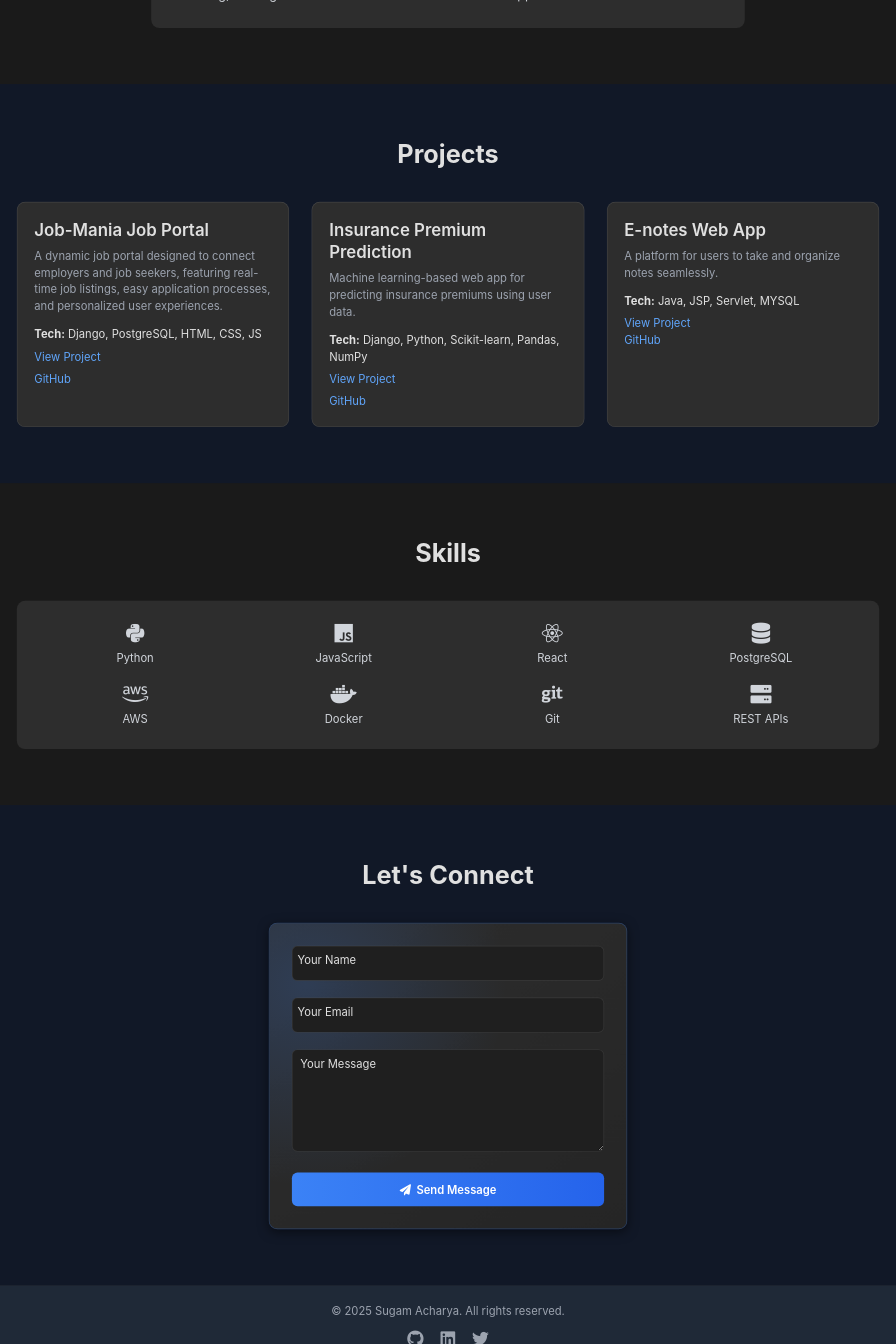
Repository: Sugaam0/Portfolio
Page: portfolio/home/templates/home/index.html
The author's editor kept a copy of each file at every save. The page is drawn from the files as they stood at one save, then again after the next save.
The browser window is 1280 px wide. The pictures show the part of the page from y = 963 to 2883 px (the page is 2914 px tall), at 70% of full size.
The template is drawn by Django 5.2. The application's start-up code is not run. Other server files are loaded and not shown. The template is opened directly, without the code that normally fills it, so the values that code supplies are empty.

Above is the page before, as saved 2025-05-08 17:50:40.

### portfolio/home/templates/home/index.html
{% load static %}
<!DOCTYPE html>
<html lang="en">
<head>
  <meta charset="UTF-8" />
  <meta name="viewport" content="width=device-width, initial-scale=1.0"/>
  <title>| Sugam Acharya |</title>
  <link href="https://cdn.jsdelivr.net/npm/tailwindcss@2.2.19/dist/tailwind.min.css" rel="stylesheet"/>
  <link rel="stylesheet" href="https://cdnjs.cloudflare.com/ajax/libs/font-awesome/6.0.0-beta3/css/all.min.css"/>
  <link rel="stylesheet" href="{% static 'css/style.css' %}">
</head>
<body class="antialiased scroll-smooth">

{% include 	"home/navbar.html" %}
<!-- Hero Section -->
<section id="home" class="min-h-screen flex items-center justify-center pt-20">
  <div class="container mx-auto px-6 text-center">
    <h1 class="text-5xl font-bold mb-4">Aspiring Full-Stack Developer</h1>
    <p class="text-lg text-accent mb-4">
      <span id="typed-text" class="font-semibold">Building the web one line at a time.</span>
    </p>
    <p class="text-xl text-secondary mb-6">
      Eager to build innovative digital experiences and grow through hands-on projects and collaboration.
    </p>
    <p class="text-md text-secondary mb-8">
      Recently completed training in modern web technologies including Python, JavaScript, and Java.
    </p>
    <a href="#projects" class="btn-accent px-6 py-3 rounded-lg font-semibold">Explore My Work</a>
  </div>
</section>

<!-- About Section -->
<section id="about" class="py-20">
  <div class="container mx-auto px-6 max-w-4xl">
    <h2 class="text-4xl font-bold text-center mb-10">About Me</h2>
    <div class="section-bg p-8">
      <p class="text-lg leading-relaxed text-gray-300">
        Passionate coder focused on building efficient web solutions. Skilled in Python and Machine Learning, I'm eager to turn creative ideas into functional applications.
      </p>
    </div>
  </div>
</section>

<!-- Projects -->
<section id="projects" class="py-20 bg-gray-900">
    <div class="container mx-auto px-6">
      <h2 class="text-4xl font-bold text-center mb-12">Projects</h2>
      <div class="grid grid-cols-1 sm:grid-cols-2 lg:grid-cols-3 gap-8">
        <!-- Project Cards -->
        <div class="project-card section-bg p-6">
          <h3 class="text-2xl font-semibold mb-2">Job-Mania Job Portal</h3>
          <p class="text-gray-400 mb-4">A dynamic job portal designed to connect employers and job seekers, featuring real-time job listings, easy application processes, and personalized user experiences.</p>
          <p><strong>Tech:</strong> Django, PostgreSQL, HTML, CSS, JS</p>
          <a href="#" class="text-blue-400 hover:underline mt-2 inline-block">View Project</a><br>
          <a href="https://github.com/Sugaam0/JobMania-JobPortal" class="text-blue-400 hover:underline mt-2 inline-block" target="_blank">GitHub</a>
        </div>
        <div class="project-card section-bg p-6">
          <h3 class="text-2xl font-semibold mb-2">Insurance Premium Prediction</h3>
          <p class="text-gray-400 mb-4">Machine learning-based web app for predicting insurance premiums using user data.</p>
          <p><strong>Tech:</strong> Django, Python, Scikit-learn, Pandas, NumPy</p>
          <a href="#" class="text-blue-400 hover:underline mt-2 inline-block">View Project</a><br>
          <a href="https://github.com/Sugaam0/insurance-Premium-Prediction" class="text-blue-400 hover:underline mt-2 inline-block" target="_blank">GitHub</a>

        </div>
        <div class="project-card section-bg p-6">
            <h3 class="text-2xl font-semibold mb-2">E-notes Web App</h3>
            <p class="text-gray-400 mb-4">A platform for users to take and organize notes seamlessly.</p>
            <p><strong>Tech:</strong> Java, JSP, Servlet, MYSQL</p>
            <div class="mt-2">
                <a href="#" class="text-blue-400 hover:underline inline-block mr-4">View Project</a><br>
                <a href="https://github.com/Sugaam0/ProjectFinal-Online-Notepad" class="text-blue-400 hover:underline inline-block" target="_blank">GitHub</a>
            </div>
        </div>
      </div>
    </div>
  </section>


<!-- Skills -->
<section id="skills" class="py-20">
  <div class="container mx-auto px-6">
    <h2 class="text-4xl font-bold text-center mb-12">Skills</h2>
    <div class="section-bg p-8 grid grid-cols-2 md:grid-cols-4 gap-6 text-center text-gray-300">
      <div><i class="fab fa-python text-3xl mb-2 icon-hover"></i><p>Python</p></div>
      <div><i class="fab fa-js text-3xl mb-2 icon-hover"></i><p>JavaScript</p></div>
      <div><i class="fab fa-react text-3xl mb-2 icon-hover"></i><p>React</p></div>
      <div><i class="fas fa-database text-3xl mb-2 icon-hover"></i><p>PostgreSQL</p></div>
      <div><i class="fab fa-aws text-3xl mb-2 icon-hover"></i><p>AWS</p></div>
      <div><i class="fab fa-docker text-3xl mb-2 icon-hover"></i><p>Docker</p></div>
      <div><i class="fab fa-git text-3xl mb-2 icon-hover"></i><p>Git</p></div>
      <div><i class="fas fa-server text-3xl mb-2 icon-hover"></i><p>REST APIs</p></div>
    </div>
  </div>
</section>

<!-- Contact Section -->
<section id="contact" class="py-20 bg-gray-900">
  <div class="container mx-auto px-6">
    <h2 class="text-4xl font-bold text-center mb-12">Let's Connect</h2>
    <div class="contact-form p-8 max-w-lg mx-auto rounded-xl">
      <form action="{% url 'contact' %}" method="POST">
        {% csrf_token %}
        <div class="mb-6 relative">
          <input type="text" id="name" name="name" class="form-input w-full p-3 rounded-lg peer" placeholder=" " required>
          <label for="name" class="form-label absolute left-2 top-2 text-secondary">Your Name</label>
        </div>
        <div class="mb-6 relative">
          <input type="email" id="email" name="email" class="form-input w-full p-3 rounded-lg peer" placeholder=" " required>
          <label for="email" class="form-label absolute left-2 top-2 text-secondary">Your Email</label>
        </div>
        <div class="mb-6 relative">
          <textarea id="message" name="message" rows="5" class="form-input w-full p-3 rounded-lg peer" placeholder=" " required></textarea>
          <label for="message" class="form-label absolute left-3 top-2 text-secondary">Your Message</label>
        </div>
        <button type="submit" class="btn-accent w-full py-3 rounded-lg font-semibold flex items-center justify-center gap-2">
          <i class="fas fa-paper-plane"></i> Send Message
        </button>
      </form>
    </div>
  </div>
</section>

<!-- Footer -->
{% include "home/footer.html" %}
</body>
</html>

### portfolio/home/templates/home/navbar.html
<!-- Navbar -->
<nav class="navbar fixed top-0 w-full z-50">
    <div class="container mx-auto px-6 py-5 flex justify-between items-center">
      <a href="{% url 'index' %}" class="logo text-white">Sugam Acharya</a>
      <div class="space-x-6 text-sm font-medium">
        <a href="#about" class="nav-link">About</a>
        <a href="#projects" class="nav-link">Projects</a>
        <a href="#skills" class="nav-link">Skills</a>
        <a href="#contact" class="nav-link">Contact</a>
      </div>
    </div>
  </nav>

### portfolio/home/templates/home/footer.html
<footer class="bg-gray-800 py-6">
    <div class="container mx-auto px-6 text-center text-gray-400">
      <p>© 2025 Sugam Acharya. All rights reserved.</p>
      <div class="flex justify-center space-x-6 mt-4">
        <a href="https://github.com/Sugaam0" class="icon-hover" target="_blank"><i class="fab fa-github text-2xl"></i></a>
        <a href="https://www.linkedin.com/in/sugam-acharya-b1059a23b/" class="icon-hover" target="_blank"><i class="fab fa-linkedin text-2xl"></i></a>
        <a href="https://x.com/gaam_su" class="icon-hover" target="_blank"><i class="fab fa-twitter text-2xl"></i></a>
      </div>
    </div>
  </footer>

### portfolio/home/static/css/style.css
:root {
    --bg-primary: #1a1a1a;
    --bg-secondary: #2d2d2d;
    --text-primary: #e0e0e0;
    --text-secondary: #a0a0a0;
    --accent: #3b82f6;
    --accent-dark: #2563eb;
  }

  body {
    background-color: var(--bg-primary);
    color: var(--text-primary);
    font-family: 'Inter', sans-serif;
  }

  .navbar {
    background: linear-gradient(to bottom, var(--bg-secondary), rgba(45, 45, 45, 0.95));
    backdrop-filter: blur(8px);
    box-shadow: 0 2px 5px rgba(0, 0, 0, 0.3);
  }

  .nav-link {
    position: relative;
    padding-bottom: 0.25rem;
    transition: color 0.3s ease;
  }

  .nav-link::after {
    content: '';
    position: absolute;
    width: 0;
    height: 2px;
    bottom: 0;
    left: 0;
    background-color: var(--accent);
    transition: width 0.3s ease;
  }

  .nav-link:hover::after {
    width: 100%;
  }

  .nav-link:hover {
    color: var(--accent);
  }

  .logo {
    font-size: 1.75rem;
    font-weight: 800;
    letter-spacing: 0.05em;
    transition: transform 0.3s ease, color 0.3s ease;
  }

  .logo:hover {
    transform: scale(1.05);
    color: var(--accent);
  }

  .section-bg {
    background-color: var(--bg-secondary);
    border-radius: 0.75rem;
    transition: background-color 0.3s ease;
  }

  .section-bg:hover {
    background-color: #353535;
  }

  .btn-accent {
    background: linear-gradient(to right, var(--accent), var(--accent-dark));
    color: white;
    position: relative;
    overflow: hidden;
    transition: background 0.3s ease;
  }

  .btn-accent::before {
    content: '';
    position: absolute;
    top: 0;
    left: -100%;
    width: 100%;
    height: 100%;
    background: linear-gradient(90deg, transparent, rgba(255, 255, 255, 0.2), transparent);
    transition: 0.5s;
  }

  .btn-accent:hover::before {
    left: 100%;
  }

  .btn-accent:hover {
    background: linear-gradient(to right, var(--accent-dark), var(--accent));
  }

  .project-card {
    transition: transform 0.3s ease, box-shadow 0.3s ease, border-color 0.3s ease;
    border: 1px solid rgba(255, 255, 255, 0.1);
  }

  .project-card:hover {
    transform: translateY(-6px);
    box-shadow: 0 6px 25px rgba(0, 0, 0, 0.6);
    border-color: var(--accent);
  }

  .icon-hover {
    transition: transform 0.3s ease, color 0.3s ease;
  }

  .icon-hover:hover {
    transform: scale(1.2);
    color: var(--accent);
  }

  /* Enhanced Contact Form Styles */
      .contact-form {
          background: linear-gradient(145deg, var(--bg-secondary), #252525);
          border: 1px solid rgba(59, 130, 246, 0.3);
          box-shadow: 0 4px 15px rgba(0, 0, 0, 0.5);
          position: relative;
          overflow: hidden;
      }

      .contact-form::before {
          content: '';
          position: absolute;
          top: 0;
          left: 0;
          width: 100%;
          height: 100%;
          background: radial-gradient(circle at 10% 20%, rgba(59, 130, 246, 0.2) 0%, transparent 50%);
          pointer-events: none;
      }

      .form-input {
          background-color: #1f1f1f;
          border: 1px solid rgba(255, 255, 255, 0.1);
          transition: border-color 0.3s ease, box-shadow 0.3s ease;
      }

      .form-input:focus {
          border-color: var(--accent);
          box-shadow: 0 0 8px rgba(59, 130, 246, 0.3);
          outline: none;
      }

      .form-label {
          transition: color 0.3s ease;
      }

      .form-input:focus + .form-label,
      .form-input:not(:placeholder-shown) + .form-label {
          color: var(--accent);
          transform: translateY(-1.5rem);
          font-size: 0.8rem;
      }

      ::selection {
          background: var(--accent);
          color: white;
      }

After the next save:
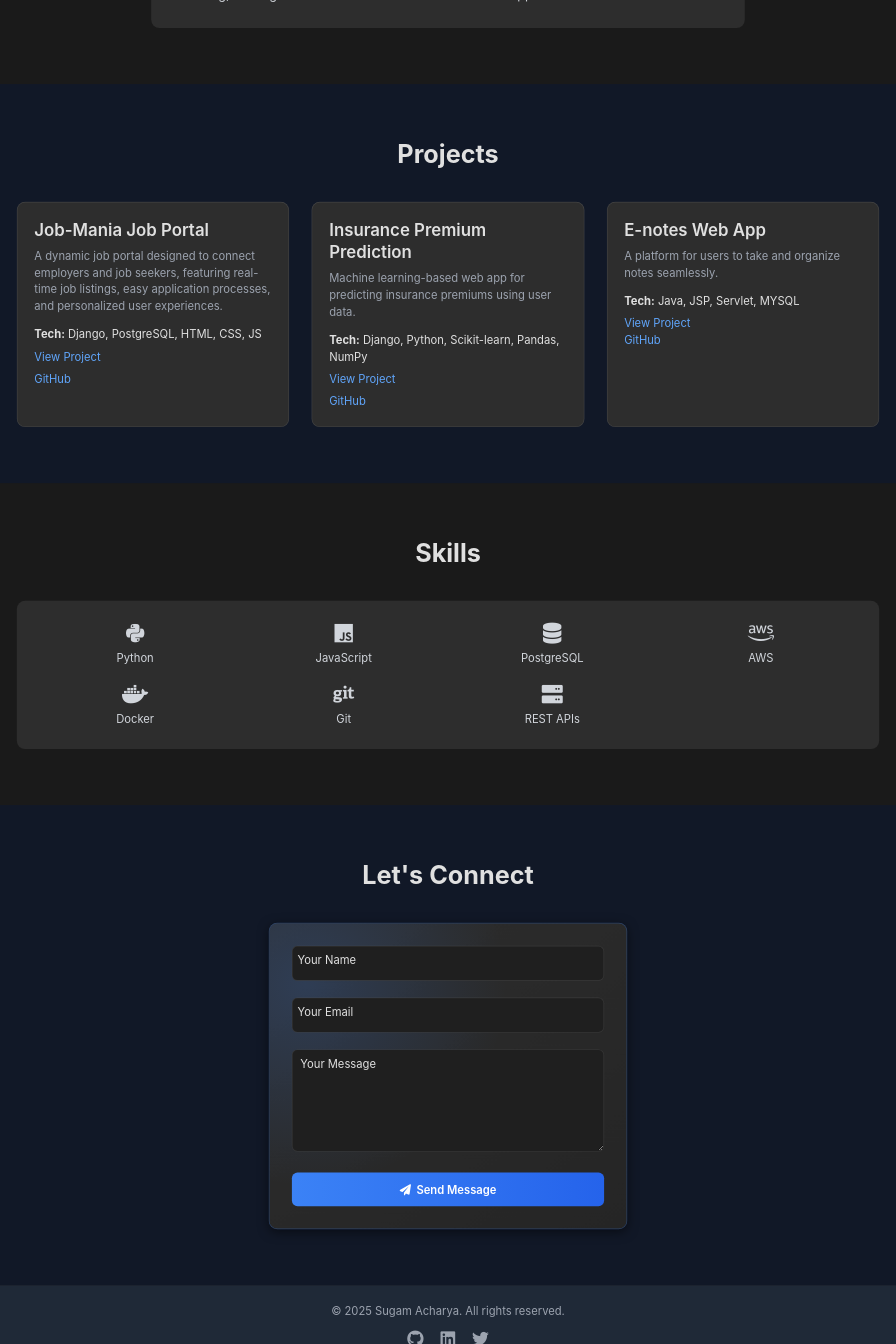
Saved 48 s later.
--- a/portfolio/home/templates/home/index.html
+++ b/portfolio/home/templates/home/index.html
@@ -83,7 +83,7 @@
     <div class="section-bg p-8 grid grid-cols-2 md:grid-cols-4 gap-6 text-center text-gray-300">
       <div><i class="fab fa-python text-3xl mb-2 icon-hover"></i><p>Python</p></div>
       <div><i class="fab fa-js text-3xl mb-2 icon-hover"></i><p>JavaScript</p></div>
-      <div><i class="fab fa-react text-3xl mb-2 icon-hover"></i><p>React</p></div>
+
       <div><i class="fas fa-database text-3xl mb-2 icon-hover"></i><p>PostgreSQL</p></div>
       <div><i class="fab fa-aws text-3xl mb-2 icon-hover"></i><p>AWS</p></div>
       <div><i class="fab fa-docker text-3xl mb-2 icon-hover"></i><p>Docker</p></div>
